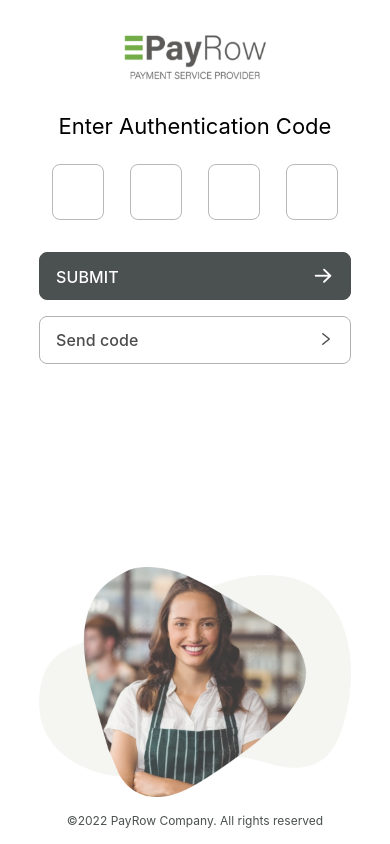
Repository: rishabh-critical-river/payrowios
Screen: /Create Account
These files come from the project's save history. The screen is drawn as it stood at one moment and after a run of saves; the edit follows.
The app was drawn by React Native's web renderer in a window 390 px wide. The project was rebuilt for these pictures with package versions that can differ from the ones it lists, and the page was loaded fresh each time. Also part of the build but not shown: screens/home/HomeScreen.tsx, screens/home/HomeComponents/TapToPay.tsx, screens/home/HomeComponents/PaymentSummary.js, screens/home/HomeComponents/AddItem.js, screens/home/HomeComponents/TapCard.tsx, screens/home/HomeComponents/EnterPin.tsx, screens/home/HomeComponents/Confirmation.tsx, screens/home/HomeComponents/NewPayment.tsx and 37 more.

Above is the screen before, as saved 2023-07-28 22:30:41.

### App.tsx
import { NavigationContainer } from "@react-navigation/native";
import { createNativeStackNavigator } from "@react-navigation/native-stack";
import {
  StyleSheet,
  Text,
  View,
  SafeAreaView,
  Image,
  StatusBar,
} from "react-native";
import LanguageSelection from "./screens/onboarding/LanguageSelection";
import CreateAccount from "./screens/onboarding/CreateAccount";
import HomeScreen from "./screens/home/HomeScreen";
import TapToPay from "./screens/home/HomeComponents/TapToPay";
import AddItem from "./screens/home/HomeComponents/AddItem";
import TapCard from "./screens/home/HomeComponents/TapCard";
import EnterPin from "./screens/home/HomeComponents/EnterPin";
import Confirmation from "./screens/home/HomeComponents/Confirmation";
import NewPayment from "./screens/home/HomeComponents/NewPayment";
import Contact from "./screens/home/HomeComponents/contact";
import Refund from "./screens/home/HomeComponents/refund";
import OtpRefund from "./screens/home/HomeComponents/otpRefund";
import ProductSelection from "./screens/home/HomeComponents/productSelection";
import PaymentSummary from "./screens/home/HomeComponents/PaymentSummary";
import PaymentMode from "./screens/home/HomeComponents/paymentMode";
import PaymentHistory from "./screens/home/HomeComponents/PaymentHistory";
import HistoryMethods from "./screens/home/HomeComponents/historyMethods";
import DailyReport from "./screens/home/HomeComponents/DailyReport";
import MonthlyReport from "./screens/home/HomeComponents/MonthlyReport";
import AboutPayrow from "./screens/home/HomeComponents/AboutPayrow";
import CashReceivedMachine from "./screens/home/HomeComponents/CashReceivedMachine";
import InvoiceRecall from "./screens/home/HomeComponents/InvoiceRecall";
import PosAndRetail from "./screens/home/HomeComponents/PosAndRetail";
import SoftPos from "./screens/home/HomeComponents/SoftPos";
import PayByLink from "./screens/home/HomeComponents/PayByLink";
import PayByQrCode from "./screens/home/HomeComponents/PayByQrCode";

import PaymentGateWay from "./screens/home/HomeComponents/PaymentGateWay";
import Wps from "./screens/home/HomeComponents/Wps";
import Vat from "./screens/home/HomeComponents/Vat";
import Kvyc from "./screens/home/HomeComponents/Kvyc";
import BuyNowPayLater from "./screens/home/HomeComponents/BuyNowPayLater";
import Wallet from "./screens/home/HomeComponents/Wallet";
import PayRowPrepaids from "./screens/home/HomeComponents/PayRowPrepaid";
import Support from "./screens/home/HomeComponents/Support";
import NewComplain from "./screens/home/HomeComponents/NewComplain";
import RegisterComplain from "./screens/home/HomeComponents/RegisteredComplain";
import ContactUs from "./screens/home/HomeComponents/ContactUse";
import InvoiceRecalltwo from "./screens/home/HomeComponents/InvoiceRecalltwo";
import InvoiceRecallthree from "./screens/home/HomeComponents/InvoiceRecallthree";
import PaymentDetails from "./screens/home/HomeComponents/PaymentDetails";
import ConfirmationInvoice from "./screens/home/HomeComponents/ConfirmationInvoice";
import CashPay from "./screens/home/HomeComponents/CashPay";
import QRCode from "./screens/home/HomeComponents/QrCode";
import Login from "./screens/onboarding/login";
import CreatePin from "./screens/onboarding/Createpin";
import ReEnterPin from "./screens/onboarding/Reenterpin";
import EnterPins from "./screens/onboarding/Enterpin";
// import SoftPose from "./screens/home/HomeComponents/SoftPose";
const Stack = createNativeStackNavigator();

export default function App() {
  return (
    <SafeAreaView style={{ flex: 1, backgroundColor: "white" }}>
      <StatusBar barStyle="dark-content" />
      <NavigationContainer>
        <Stack.Navigator>
          <Stack.Screen
            name="selectLanaguage"
            component={LanguageSelection}
            options={{ headerShown: false }}
          />
          <Stack.Screen
            name="Login"
            component={Login}
            options={{ headerShown: false }}
          />
          <Stack.Screen
            name="CreatePin"
            component={CreatePin}
            options={{ headerShown: false }}
          />
          <Stack.Screen
            name="ReEnterPin"
            component={ReEnterPin}
            options={{ headerShown: false }}
          />
          <Stack.Screen
            name="EnterPin"
            component={EnterPin}
            options={{ headerShown: false }}
          />
          <Stack.Screen
            name="Create Account"
            component={CreateAccount}
            options={{ headerShown: false }}
          />
          <Stack.Screen
            name="HomeScreen"
            component={HomeScreen}
            options={{ headerShown: false }}
          />
          <Stack.Screen
            name="TapToPay"
            component={TapToPay}
            options={{ headerShown: false }}
          />
          <Stack.Screen
            name="AddItem"
            component={AddItem}
            options={{ headerShown: false }}
          />
          <Stack.Screen
            name="TapCard"
            component={TapCard}
            options={{ headerShown: false }}
          />
          <Stack.Screen
            name="EnterPins"
            component={EnterPins}
            options={{ headerShown: false }}
          />
          <Stack.Screen
            name="Confirmation"
            component={Confirmation}
            options={{ headerShown: false }}
          />
          <Stack.Screen
            name="NewPayment"
            component={NewPayment}
            options={{ headerShown: false }}
          />
          <Stack.Screen
            name="contact"
            component={Contact}
            options={{ headerShown: false }}
          />
          <Stack.Screen
            name="refund"
            component={Refund}
            options={{ headerShown: false }}
          />
          <Stack.Screen
            name="otpRefund"
            component={OtpRefund}
            options={{ headerShown: false }}
          />
          <Stack.Screen
            name="productSelection"
            component={ProductSelection}
            options={{ headerShown: false }}
          />
          <Stack.Screen
            name="paymentSummary"
            component={PaymentSummary}
            options={{ headerShown: false }}
          />
          <Stack.Screen
            name="paymentMode"
            component={PaymentMode}
            options={{ headerShown: false }}
          />
          <Stack.Screen
            name="paymentHistory"
            component={PaymentHistory}
            options={{ headerShown: false }}
          />
          <Stack.Screen
            name="historyMethods"
            component={HistoryMethods}
            options={{ headerShown: false }}
          />
          <Stack.Screen
            name="dailyReport"
            component={DailyReport}
            options={{ headerShown: false }}
          />
          <Stack.Screen
            name="monthlyReport"
            component={MonthlyReport}
            options={{ headerShown: false }}
          />
          <Stack.Screen
            name="aboutPayrow"
            component={AboutPayrow}
            options={{ headerShown: false }}
          />
          <Stack.Screen
            name="cashReceivedMachine"
            component={CashReceivedMachine}
            options={{ headerShown: false }}
          />
          <Stack.Screen
            name="invoiceRecall"
            component={InvoiceRecall}
            options={{ headerShown: false }}
          />
          <Stack.Screen
            name="posandretail"
            component={PosAndRetail}
            options={{ headerShown: false }}
          />
          <Stack.Screen
            name="softpos"
            component={SoftPos}
            options={{ headerShown: false }}
          />
          <Stack.Screen
            name="paybylink"
            component={PayByLink}
            options={{ headerShown: false }}
          />
          <Stack.Screen
            name="paybyqrcode"
            component={PayByLink}
            options={{ headerShown: false }}
          />
          <Stack.Screen
            name="paymentgateway"
            component={PaymentGateWay}
            options={{ headerShown: false }}
          />
          <Stack.Screen
            name="wps"
            component={Wps}
            options={{ headerShown: false }}
          />
          <Stack.Screen
            name="vat"
            component={Vat}
            options={{ headerShown: false }}
          />

          <Stack.Screen
            name="kvyc"
            component={Kvyc}
            options={{ headerShown: false }}
          />
          <Stack.Screen
            name="buynowpaylater"
            component={BuyNowPayLater}
            options={{ headerShown: false }}
          />
          <Stack.Screen
            name="registercomplain"
            component={RegisterComplain}
            options={{ headerShown: false }}
          />
          <Stack.Screen
            name="wallet"
            component={Wallet}
            options={{ headerShown: false }}
          />
          <Stack.Screen
            name="payrowprepaid"
            component={PayRowPrepaids}
            options={{ headerShown: false }}
          />
          <Stack.Screen
            name="paymentdetails"
            component={PaymentDetails}
            options={{ headerShown: false }}
          />
          <Stack.Screen
            name="support"
            component={Support}
            options={{ headerShown: false }}
          />
          {/* <Stack.Screen
            name="softpose"
            payrowprepaid
            component={SoftPose}
            options={{ headerShown: false }}

          /> */}
          <Stack.Screen
            name="newcomplain"
            component={NewComplain}
            options={{ headerShown: false }}
          />
          <Stack.Screen
            name="contactus"
            component={ContactUs}
            options={{ headerShown: false }}
          />
          <Stack.Screen
            name="Recallss"
            component={InvoiceRecalltwo}
            options={{ headerShown: false }}
          />
          <Stack.Screen
            name="InvoiceRecallthree"
            component={InvoiceRecallthree}
            options={{ headerShown: false }}
          />
          <Stack.Screen
            name="ConfirmationInvoice"
            component={ConfirmationInvoice}
            options={{ headerShown: false }}
          />
          <Stack.Screen
            name="cashPay"
            component={CashPay}
            options={{ headerShown: false }}
          />

          <Stack.Screen
            name="QrCode"
            component={PayByQrCode}
            options={{ headerShown: false }}
          />
          <Stack.Screen
            name="QrCodePay"
            component={QRCode}
            options={{ headerShown: false }}
          />
        </Stack.Navigator>
      </NavigationContainer>
    </SafeAreaView>
  );
}

### screens/onboarding/LanguageSelection.tsx
import React from "react";
import { StatusBar } from "expo-status-bar";
import { NavigationContainer } from "@react-navigation/native";
import { createNativeStackNavigator } from "@react-navigation/native-stack";
import {
  StyleSheet,
  Text,
  View,
  SafeAreaView,
  Image,
  Button,
  TouchableOpacity,
} from "react-native";
import { AntDesign } from "@expo/vector-icons";
function LanguageSelection({ navigation }: any) {
  return (
    <>
      <View style={styles.container}>
        <Image
          source={require("../../src/Images/payrowLogo.png")}
          style={styles.logo}
        />
        <View
          style={{
            position: "absolute",
            right: 0,
            top: 76,
          }}
        >
          <View
            style={{
              marginLeft: "auto",
              borderWidth: 1,
              borderColor: "#F1F7ED",
              marginBottom: 7.5,

              backgroundColor: "#F1F7ED",
              borderRadius: 1,
              width: 40,
              height: 11.67,
            }}
          />
          <View
            style={{
              marginLeft: "auto",
              borderWidth: 1,
              borderColor: "#F1F7ED",
              marginBottom: 7.5,
              backgroundColor: "#F1F7ED",
              borderRadius: 1,

              width: 40,
              height: 11.67,
            }}
          />
          <View
            style={{
              marginLeft: "auto",
              borderWidth: 1,
              borderColor: "#F1F7ED",

              backgroundColor: "#F1F7ED",
              borderRadius: 1,

              width: 40,
              height: 11.67,
            }}
          />
        </View>
        <Image
          source={require("../../src/Images/getStarted.png")}
          style={{
            width: 312,
            height: 230,
            alignSelf: "center",
            marginTop: 40,
          }}
        />
        <Text
          style={{
            fontSize: 22,
            fontWeight: "700",
            color: "#4C4C4C",
            lineHeight: 28,
            textAlign: "center",
            marginTop: 38,
          }}
        >
          Ultimate Fintech Partner
        </Text>
        <Text
          style={{
            fontSize: 14,
            fontWeight: "400",
            lineHeight: 20,
            marginLeft: 54,
            marginRight: 54,
            textAlign: "center",
            marginTop: 16,
            color: "#666666",
            letterSpacing: 0.25,
          }}
        >
          Together we support Go-Green & Cashless Strategy
        </Text>
      </View>
      <View style={{ backgroundColor: "white" }}>
        <TouchableOpacity
          style={styles.button}
          onPress={() => {
            navigation.navigate("Login");
          }}
        >
          <View
            style={{
              borderWidth: 1,

              borderColor: "#4B5050",
              backgroundColor: "#4B5050",
              borderRadius: 8,
              marginBottom: 16,
              width: 328,
              height: 48,
              justifyContent: "center",
            }}
          >
            <View style={{ flexDirection: "row" }}>
              <Text
                style={{
                  fontSize: 16,
                  paddingLeft: 16,
                  fontWeight: "500",
                  lineHeight: 24,
                  justifyContent: "center",
                  color: "white",
                  letterSpacing: 0.1,
                  flex: 1,
                }}
              >
                Get Started
              </Text>
              <View
                style={{
                  justifyContent: "center",
                  alignItems: "center",
                  marginRight: 16,
                }}
              >
                <AntDesign name="arrowright" size={24} color="white" />
              </View>
            </View>
          </View>
        </TouchableOpacity>
        <Text
          style={{
            fontSize: 12,
            backgroundColor: "white",
            color: "#7f7f7f",
            textAlign: "center",
            paddingBottom: 15,
          }}
        >
          ©2022 PayRow Company. All rights reserved
        </Text>
      </View>
    </>
  );
}

export default LanguageSelection;
const styles = StyleSheet.create({
  container: {
    display: "flex",
    flex: 1,
    backgroundColor: "white",
  },
  logo: {
    width: 150,
    height: 48.3,
    alignSelf: "center",
    marginTop: 33,
  },
  selectLanguage: {
    width: 163,
    height: 28,
    fontSize: 17,

    color: "#333333",
    fontWeight: "400",
    marginTop: 24.47,
    alignSelf: "center",
  },
  languageText: {
    fontSize: 14,
    paddingLeft: 16,
    fontWeight: "500",
    lineHeight: 20,
    justifyContent: "center",
    color: "#4B5050CC",
  },
  languages: {
    flexDirection: "column",

    justifyContent: "space-between",
    alignItems: "center",
  },
  text: {
    width: 303,
    height: 20,
    fontSize: 14,
    lineHeight: 14,
    fontWeight: "400",
    color: "#4B5050",
    textAlign: "center",
    marginTop: 6,
    alignSelf: "center",
    marginBottom: 15,
  },
  shadowProp: {
    shadowColor: "#171717",
    shadowOffset: { width: -2, height: 4 },
    shadowOpacity: 0.2,
    shadowRadius: 3,
  },
  box: {
    display: "flex",
    borderWidth: 1,
    borderColor: "#4B505033",
    backgroundColor: "#ffffff",
    borderRadius: 8,
    marginBottom: 15,
    width: 328,
    height: 48,
    justifyContent: "center",
  },
  button: {
    alignSelf: "center",
    color: "#4B5050",

    padding: 10,
    fontSize: 20,
    height: 48,
    width: 328,
    cursor: "pointer",
    borderRadius: 70,
    justifyContent: "center",
    alignItems: "center",
    marginBottom: 15,
  },
  arrow: {
    display: "flex",
    position: "relative",
    borderWidth: 1,
    borderColor: "white",
    width: 40,
    height: 5,
    backgroundColor: "white",
  },
  arrowTriangle: {
    display: "flex",
    borderWidth: 1,
    position: "absolute",
    width: 20,
    height: 5,
    borderColor: "white",
    backgroundColor: "white",
    borderTopWidth: 1,
    borderRightWidth: 1,
    transform: [{ rotate: "45deg" }],
    right: 9,
    top: 19,
  },
  arrowTriangleRight: {
    display: "flex",
    borderWidth: 1,
    position: "absolute",
    width: 20,
    height: 5,
    borderColor: "white",
    backgroundColor: "white",
    borderTopWidth: 1,
    borderLeftWidth: 1,
    transform: [{ rotate: "-45deg" }],
    right: 9,
    top: 36,
  },
});

### screens/onboarding/CreateAccount.js
import { AntDesign } from "@expo/vector-icons";
import React, { useRef } from "react";
import {
  StyleSheet,
  Text,
  View,
  SafeAreaView,
  Image,
  Button,
  TextInput,
  TouchableOpacity,
  Keyboard,
} from "react-native";

function CreateAccount({ navigation }) {
  const et1 = useRef();
  const et2 = useRef();
  const et3 = useRef();
  const et4 = useRef();
  return (
    <>
      <View style={styles.container}>
        <Image
          source={require("../../src/Images/payrowLogo.png")}
          style={styles.logo}
        />
        <Text
          style={{
            marginTop: 30.47,
            fontSize: 22,
            fontWeight: "400",
            lineHeight: 28,
            alignSelf: "center",
          }}
        >
          Enter Authentication Code
        </Text>
        {/* <View
          style={{
            width: "100%",
            height: 20,
            marginTop: 6,

            alignSelf: "center",
          }}
        >
          <Text style={{ alignSelf: "center", color: "#666666" }}>
            SMS code sent to verify phone number
          </Text>
        </View> */}
        <View
          style={{
            flexDirection: "row",
            justifyContent: "space-between",
            marginLeft: 52,
            marginRight: 52,
            marginTop: 24,
          }}
        >
          <TextInput
            secureTextEntry={true}
            ref={et1}
            style={styles.box}
            keyboardType="number-pad"
            maxLength={1}
            onChangeText={(text) => {
              if (text.length >= 1) {
                et2.current.focus();
              }
            }}
          />
          <TextInput
            secureTextEntry={true}
            ref={et2}
            style={styles.box}
            keyboardType="number-pad"
            maxLength={1}
            onChangeText={(text) => {
              if (text.length >= 1) {
                et3.current.focus();
              } else if (text.length < 1) {
                et1.current.focus();
              }
            }}
          />
          <TextInput
            secureTextEntry={true}
            ref={et3}
            style={styles.box}
            keyboardType="number-pad"
            maxLength={1}
            onChangeText={(text) => {
              if (text.length >= 1) {
                et4.current.focus();
              } else if (text.length < 1) {
                et2.current.focus();
              }
            }}
          />
          <TextInput
            secureTextEntry={true}
            ref={et4}
            style={styles.box}
            keyboardType="number-pad"
            maxLength={1}
            onChangeText={(text) => {
              if (text.length < 1) {
                et3.current.focus();
              } else {
                Keyboard.dismiss();
              }
            }}
          />
        </View>
        <TouchableOpacity
          style={styles.goToSummaryButton}
          onPress={() => {
            navigation.navigate("AddItem");
          }}
        >
          <View style={styles.buttonContent}>
            <Text
              style={styles.buttonText}
              onPress={() => {
                navigation.navigate("CreatePin");
              }}
            >
              SUBMIT
            </Text>
            <View style={styles.arrowIcon}>
              <AntDesign name="arrowright" size={22} color="white" />
            </View>
          </View>
        </TouchableOpacity>

        <TouchableOpacity
          style={styles.resendCode}
          onPress={() => {
            navigation.navigate("");
          }}
        >
          <View
            style={{
              borderWidth: 0.5,
              borderColor: "#B2B2B2",
              borderRadius: 8,
              backgroundColor: "#FFFFFF",

              height: 48,
              justifyContent: "center",
            }}
          >
            <View style={{ flexDirection: "row" }}>
              <Text
                style={{
                  fontSize: 16,
                  paddingLeft: 16,
                  fontWeight: "500",
                  lineHeight: 24,
                  justifyContent: "center",
                  color: "#4C4C4C",
                  letterSpacing: 0.1,
                  flex: 1,
                }}
              >
                Send code
              </Text>
              <View
                style={{
                  justifyContent: "center",
                  alignItems: "center",
                  marginRight: 16,
                }}
              >
                <View
                  style={{
                    flexDirection: "row",
                    alignItems: "center",
                  }}
                >
                  <AntDesign name="right" size={16} color="#4C4C4C" />
                </View>
              </View>
            </View>
          </View>
        </TouchableOpacity>
      </View>
      <View style={{ backgroundColor: "white" }}>
        <Image
          source={require("../../src/Images/getStarted.png")}
          style={{
            width: 312,
            height: 230,
            alignSelf: "center",
            marginTop: 36,
            marginBottom: 16,
          }}
        />

        <Text
          style={{
            fontSize: 12,
            backgroundColor: "white",
            color: "#4B5050",
            textAlign: "center",
            paddingBottom: 16,
          }}
        >
          ©2022 PayRow Company. All rights reserved
        </Text>
      </View>
    </>
  );
}
const styles = StyleSheet.create({
  container: {
    flex: 1,
    backgroundColor: "white",
    display: "flex",
    flexDirection: "column",
  },
  logo: {
    width: 150,
    height: 48.53,
    alignSelf: "center",
    marginTop: 33,
  },
  rightPin: {
    flex: 1,
    justifyContent: "center",
    alignItems: "center",
    textAlign: "center",
  },
  leftPin: {
    justifyContent: "center",
    alignItems: "center",
    backgroundColor: "#D3D3D3",
    borderTopEndRadius: 10,
    borderBottomEndRadius: 10,
    paddingLeft: 10,
    paddingRight: 10,
  },
  horizontal: {
    flexDirection: "row",
    alignItems: "center",
    justifyContent: "center",
  },
  horizontalOr: {
    paddingLeft: 5,
    paddingRight: 5,
    marginTop: 18,
    marginBottom: 18,
  },
  horizontalLine: {
    borderBottomColor: "#D3D3D3",
    width: 105,
    borderBottomWidth: 1,
    marginTop: 10,
    marginBottom: 10,
    alignSelf: "center",
  },
  url: {
    alignSelf: "center",
    marginTop: 10,
    marginBottom: 10,
  },
  fingerprint: {
    width: 100,
    height: 100,
    alignSelf: "center",
    marginTop: 70,
    marginBottom: 10,
  },
  verticalLine: {
    borderBottomColor: "#D3D3D3",
    color: "black",
    width: 15,
    transform: [{ rotate: "90deg" }],
    borderBottomWidth: 1,
    marginTop: 10,
    marginBottom: 10,
    alignSelf: "center",
  },

  languageText: {
    fontSize: 16,
    justifyContent: "center",
    color: "##838c95",
    alignItems: "center",
  },
  languages: {
    flexDirection: "column",

    justifyContent: "space-between",
    alignItems: "center",
  },
  text: {
    fontSize: 15,
    textAlign: "center",
    marginTop: 20,
    marginBottom: 15,
  },
  box: {
    display: "flex",
    flexDirection: "row",
    textAlign: "center",
    borderWidth: 1,
    borderColor: "#4B505066",
    borderRadius: 8,

    width: 52,
    height: 56,
  },
  button: {
    marginLeft: 165,
    marginTop: 34,
    color: "black",
    padding: 10,
    fontSize: 20,
    height: 60,
    width: 60,
    cursor: "pointer",
    borderRadius: 70,
    justifyContent: "center",
    alignItems: "center",
  },
  button2: {
    marginLeft: 165,
    marginTop: 5,

    padding: 10,
    fontSize: 20,
    height: 60,
    width: 60,
    cursor: "pointer",
    borderRadius: 70,
    justifyContent: "center",
    alignItems: "center",
  },
  arrow: {
    display: "flex",
    position: "relative",
    borderWidth: 1,
    borderColor: "white",
    width: 40,
    height: 5,
    backgroundColor: "white",
  },
  arrowTriangle: {
    display: "flex",
    borderWidth: 1,
    position: "absolute",
    width: 20,
    height: 5,
    borderColor: "white",
    backgroundColor: "white",
    borderTopWidth: 1,
    borderRightWidth: 1,
    transform: [{ rotate: "45deg" }],
    right: 9,
    top: 19,
  },
  arrowTriangleRight: {
    display: "flex",
    borderWidth: 1,
    position: "absolute",
    width: 20,
    height: 5,
    borderColor: "white",
    backgroundColor: "white",
    borderTopWidth: 1,
    borderLeftWidth: 1,
    transform: [{ rotate: "-45deg" }],
    right: 9,
    top: 36,
  },
  goToSummaryButton: {
    alignSelf: "center",
    marginTop: 32,
    width: "80%",
  },
  resendCode: {
    alignSelf: "center",
    marginTop: 16,
    width: "80%",
  },
  buttonText: {
    fontSize: 16,
    paddingLeft: 16,
    paddingTop: 12,
    fontWeight: "500",
    lineHeight: 24,
    justifyContent: "center",
    color: "white",
    letterSpacing: 0.1,
    flex: 1,
  },
  arrowIcon: {
    justifyContent: "center",
    alignItems: "center",
    marginRight: 16,
  },

  buttonContent: {
    borderWidth: 0.6,
    borderColor: "#4B5050",
    backgroundColor: "#4B5050",
    borderRadius: 8,

    height: 48,
    width: "100%",
    justifyContent: "center",
    flexDirection: "row",
  },
});

export default CreateAccount;

After the next 2 saves:
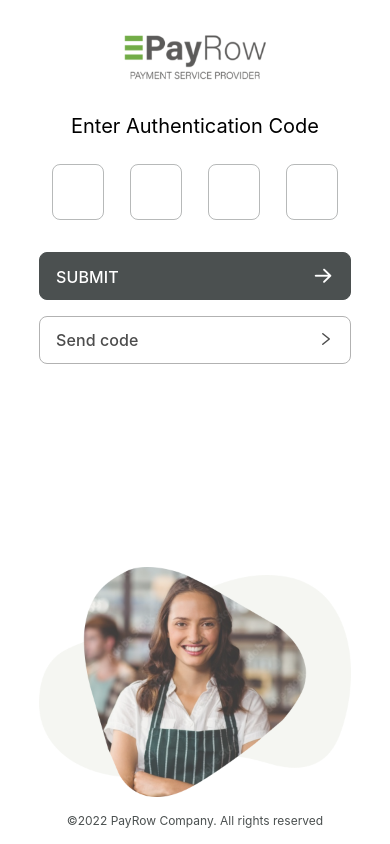
The 2 saves are shown as one change because they came seconds apart.
The last was saved 86 s later.
--- a/screens/onboarding/CreateAccount.js
+++ b/screens/onboarding/CreateAccount.js
@@ -27,7 +27,7 @@ function CreateAccount({ navigation }) {
         <Text
           style={{
             marginTop: 30.47,
-            fontSize: 22,
+            fontSize: 20,
             fontWeight: "400",
             lineHeight: 28,
             alignSelf: "center",
